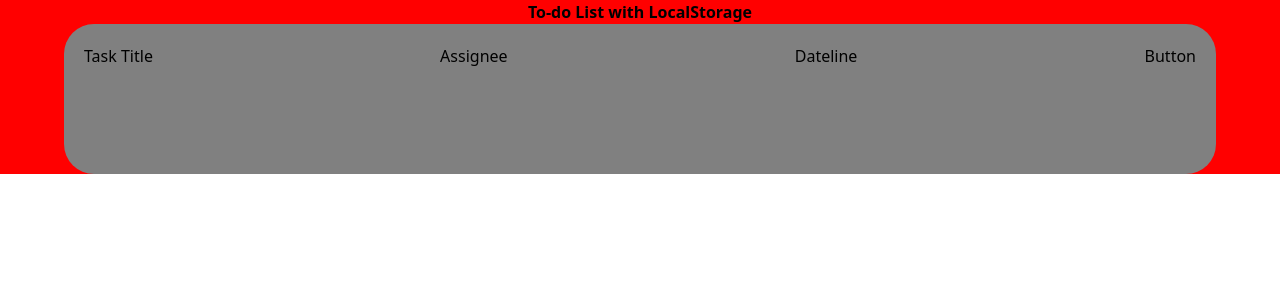
Repository: Sarah7223/internet-programming-tp
Page: TP3/TP03.1.html
An editor plug-in stored every save of this project. The page is shown before and after the next save, followed by the edit.
The browser window is 1280 px wide. The pictures show the whole page.
Some web libraries are served in a nearby version.

Above is the page before, as saved 2023-01-13 14:01:20.

### TP3/TP03.1.html
<!DOCTYPE html>
<html lang="en">

<head>
    <style>
        .background {
            display:flex;
            background-color: red;
            width: 100%;
            height: 100%;
            margin: auto;
            flex-direction: column;
            justify-content: center;
            align-items: center;

        }
        .title{
            align-items: center;
        }
        .pannel{
            top:20px;
            display:flex;
            width: 90%;
            height: 150px;
            background-color: grey;
            border-radius:30px;
            flex-direction: row;
            justify-content: space-between;
            padding:20px;

        }


    </style>
</head>

<body>
    <script src="https://cdn.tailwindcss.com"></script>

   <div class="background">
        <div class=" font-bold title">
            To-do List with LocalStorage
        </div>
        <div class="pannel">
            <div class="task">
                Task Title
            </div>
            <div class="task">
                Assignee
            </div>
            <div class="task">
                Dateline
            </div>
            <div class="task">
                Button
            </div>

        </div>


   </div>
</body>

</html>

After the next save:
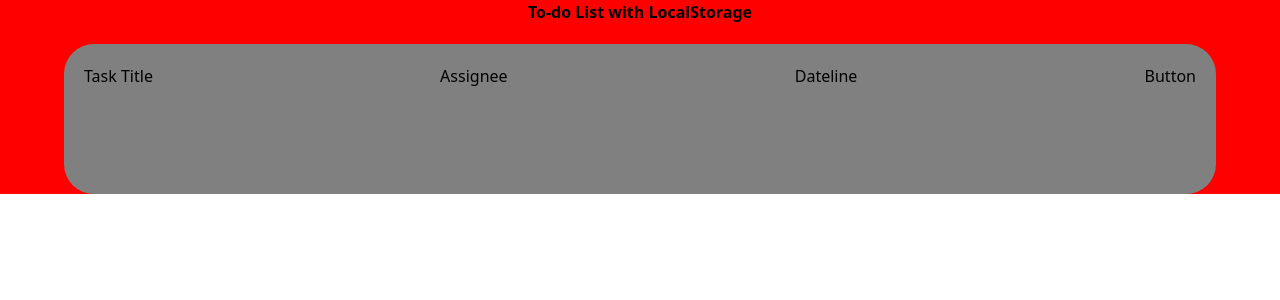
Saved 5 s later.
--- a/TP3/TP03.1.html
+++ b/TP3/TP03.1.html
@@ -18,7 +18,7 @@
             align-items: center;
         }
         .pannel{
-            top:20px;
+            margin-top:20px;
             display:flex;
             width: 90%;
             height: 150px;
